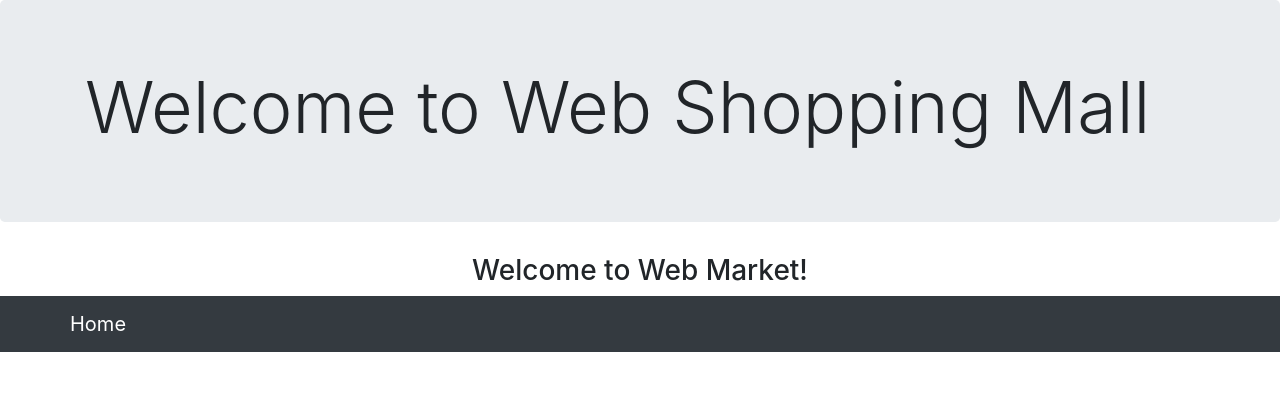
Repository: ifpi98/java_e
Page: http://localhost/jspproject/welcome.jsp
These files come from the project's save history. The page is drawn as it stood at one moment and after the next save; the edit follows.
The browser window is 1280 px wide. The pictures show the whole page.
The page is served by Tomcat 9.

Above is the page before, as saved 2023-07-06 02:55:03.

After the next save:
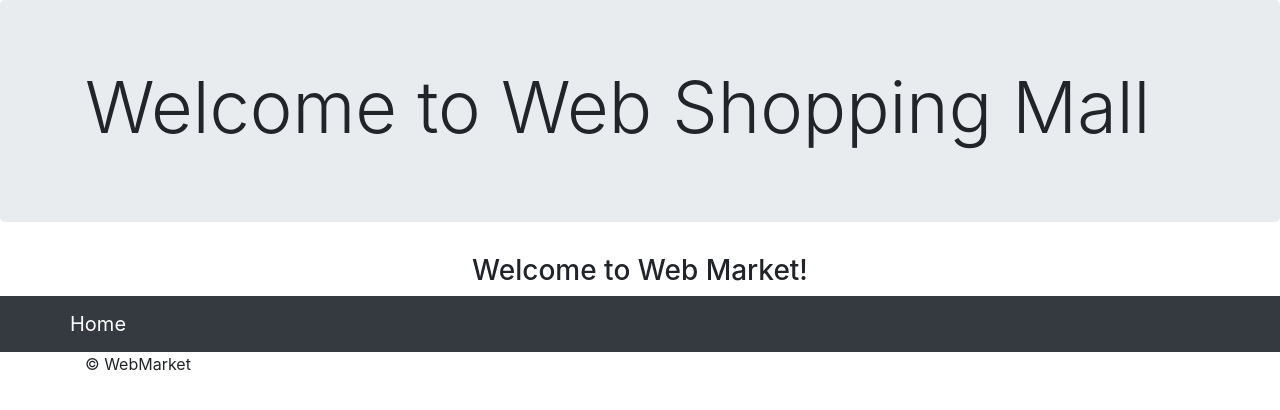
Saved 42 s later.
--- a/jspproject/src/main/webapp/welcome.jsp
+++ b/jspproject/src/main/webapp/welcome.jsp
@@ -40,5 +40,9 @@
 		</div>
 	</nav>
 
+	<footer class= "container">
+		<p>&copy; WebMarket</p>
+	</footer>
+
 </body>
 </html>
